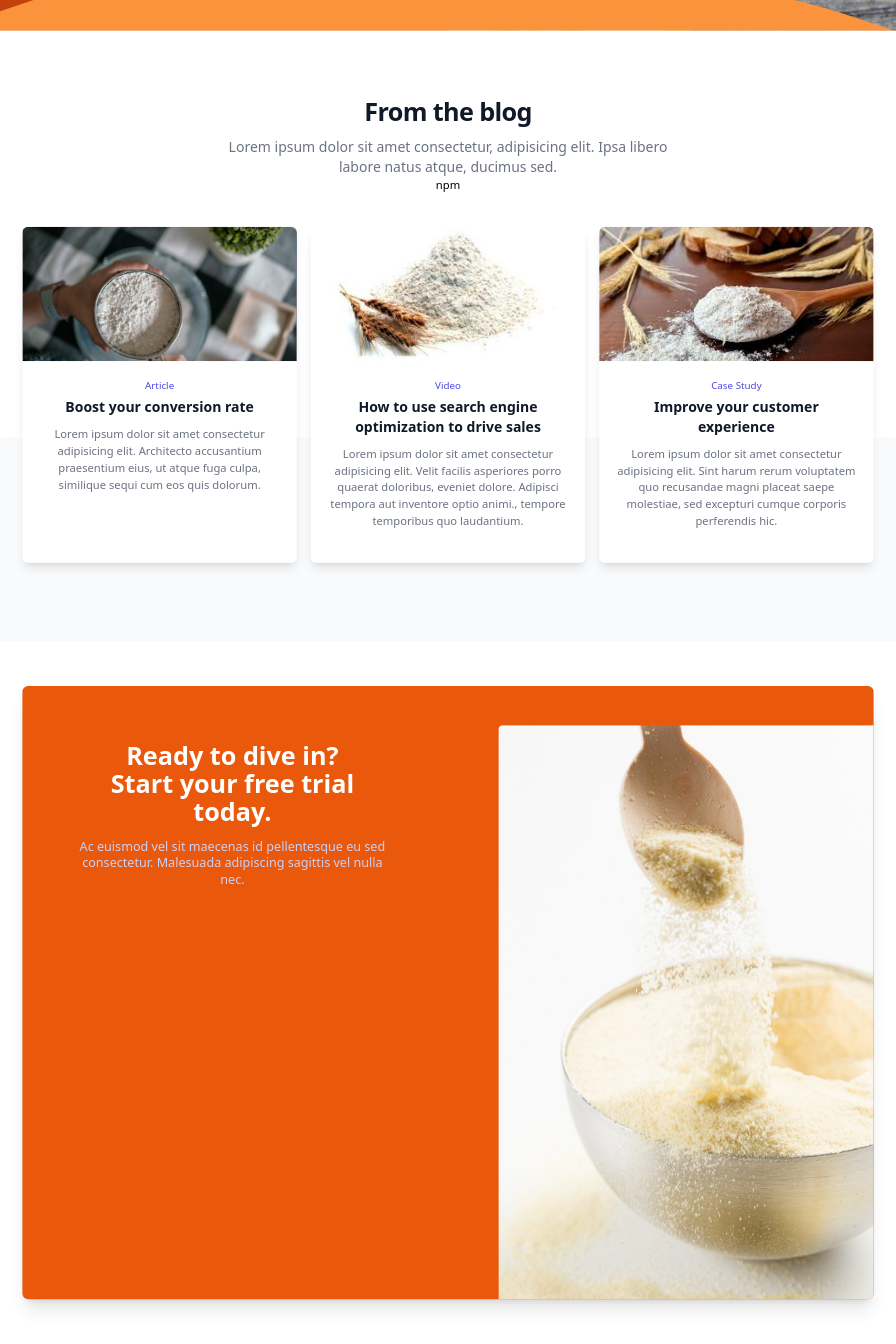
Repository: bellatrick/prime-foods
Page: /
An editor plug-in stored every save of this project. The page is shown before and after a run of saves, followed by the edit.
The browser window is 1280 px wide. The pictures show the part of the page from y = 690 to 2610 px (the page is 2610 px tall before and 2160 px after), at 70% of full size.
Some web fonts or font styles are not loaded; a fallback is used. The project was rebuilt for these pictures with package versions that can differ from the ones it lists, and the page was loaded fresh each time. A package was used in the major version that the imports need, not the one package.json lists.

Above is the page before, as saved 2022-04-30 20:06:34.

### public/index.html
<!DOCTYPE html>
<html lang="en">
  <head>
    <meta charset="utf-8" />
    <link rel="icon" href="%PUBLIC_URL%/favicon.ico" />
    <meta name="viewport" content="width=device-width, initial-scale=1" />
    <meta name="theme-color" content="#000000" />
    <meta
      name="description"
      content="Web site created using create-react-app"
    />
    <link rel="apple-touch-icon" href="%PUBLIC_URL%/logo192.png" />
    <link rel="preconnect" href="https://fonts.googleapis.com" />
    <link rel="preconnect" href="https://fonts.gstatic.com" crossorigin />
    <link
      href="https://fonts.googleapis.com/css2?family=Dancing+Script:wght@400;500;600;700&family=Inter:wght@100;200;300;400;500;700;900&family=Kavoon&display=swap"
      rel="stylesheet"
    />
    <!--
      manifest.json provides metadata used when your web app is installed on a
      user's mobile device or desktop. See https://developers.google.com/web/fundamentals/web-app-manifest/
    -->
    <link rel="manifest" href="%PUBLIC_URL%/manifest.json" />
    <!--
      Notice the use of %PUBLIC_URL% in the tags above.
      It will be replaced with the URL of the `public` folder during the build.
      Only files inside the `public` folder can be referenced from the HTML.

      Unlike "/favicon.ico" or "favicon.ico", "%PUBLIC_URL%/favicon.ico" will
      work correctly both with client-side routing and a non-root public URL.
      Learn how to configure a non-root public URL by running `npm run build`.
    -->
    <title>React App</title>
  </head>
  <body>
    <noscript>You need to enable JavaScript to run this app.</noscript>
    <div id="root"></div>
    <!--
      This HTML file is a template.
      If you open it directly in the browser, you will see an empty page.

      You can add webfonts, meta tags, or analytics to this file.
      The build step will place the bundled scripts into the <body> tag.

      To begin the development, run `npm start` or `yarn start`.
      To create a production bundle, use `npm run build` or `yarn build`.
    -->
  </body>
</html>

### src/App.js
import Hero from './components/Hero'
import Features from './components/Features'
import Cta from './components/Cta'
import './App.css';

function App() {
  return (
    <div className="App">
     <Hero/>
     <Features/>
     <Cta/>
    </div>
  );
}

export default App;

### src/components/Hero.jsx
/* This example requires Tailwind CSS v2.0+ */
import { Fragment } from "react";
import { Popover, Transition } from "@headlessui/react";
import {
  BookmarkAltIcon,
  CalendarIcon,
  ChartBarIcon,
  CursorClickIcon,
  MenuIcon,
  PhoneIcon,
  PlayIcon,
  RefreshIcon,
  ShieldCheckIcon,
  SupportIcon,
  ViewGridIcon,
  XIcon,
} from "@heroicons/react/outline";
import { ChevronDownIcon } from "@heroicons/react/solid";
import img1 from "../assets/img10.jpg";
const features = [
  {
    name: "Analytics",
    href: "#",
    description:
      "Get a better understanding of where your traffic is coming from.",
    icon: ChartBarIcon,
  },
  {
    name: "Engagement",
    href: "#",
    description: "Speak directly to your customers in a more meaningful way.",
    icon: CursorClickIcon,
  },
  {
    name: "Security",
    href: "#",
    description: "Your customers' data will be safe and secure.",
    icon: ShieldCheckIcon,
  },
  {
    name: "Integrations",
    href: "#",
    description: "Connect with third-party tools that you're already using.",
    icon: ViewGridIcon,
  },
  {
    name: "Automations",
    href: "#",
    description:
      "Build strategic funnels that will drive your customers to convert",
    icon: RefreshIcon,
  },
];

const resources = [
  {
    name: "Help Center",
    description:
      "Get all of your questions answered in our forums or contact support.",
    href: "#",
    icon: SupportIcon,
  },
  {
    name: "Guides",
    description:
      "Learn how to maximize our platform to get the most out of it.",
    href: "#",
    icon: BookmarkAltIcon,
  },
  {
    name: "Events",
    description:
      "See what meet-ups and other events we might be planning near you.",
    href: "#",
    icon: CalendarIcon,
  },
  {
    name: "Security",
    description: "Understand how we take your privacy seriously.",
    href: "#",
    icon: ShieldCheckIcon,
  },
];


function classNames(...classes) {
  return classes.filter(Boolean).join(" ");
}

export default function Example() {
  return (
    <div className="relative bg-orange-700">
      <Popover className="relative bg-orange-400 shadow">
        <div className="max-w-7xl mx-auto px-4 sm:px-6">
          <div className="flex justify-between items-center py-6 md:justify-start md:space-x-10">
            <div className="flex justify-start lg:w-0 lg:flex-1">
              <p className="text-extrabold text-gray-700 text-3xl font-logo">
                Prime foods
              </p>
            </div>
            <div className="-mr-2 -my-2 md:hidden">
              <Popover.Button className="bg-orange-400 rounded-md p-2 inline-flex items-center justify-center text-gray-400 hover:text-gray-50 hover:bg-gray-100 focus:outline-none focus:ring-2 focus:ring-inset focus:ring-gray-50">
                <span className="sr-only">Open menu</span>
                <MenuIcon className="h-6 w-6" aria-hidden="true" />
              </Popover.Button>
            </div>
            <Popover.Group as="nav" className="hidden md:flex space-x-10">
              <Popover className="relative">
                {({ open }) => (
                  <>
                    <Popover.Button
                      className={classNames(
                        open ? "text-gray-900" : "text-gray-50",
                        "group bg-orange-400 rounded-md inline-flex items-center text-base font-medium hover:text-gray-900 focus:outline-none focus:ring-2 focus:ring-offset-2 focus:ring-gray-50"
                      )}
                    >
                      <span>Solutions</span>
                    </Popover.Button>
                    <Transition
                      as={Fragment}
                      enter="transition ease-out duration-200"
                      enterFrom="opacity-0 translate-y-1"
                      enterTo="opacity-100 translate-y-0"
                      leave="transition ease-in duration-150"
                      leaveFrom="opacity-100 translate-y-0"
                      leaveTo="opacity-0 translate-y-1"
                    >

                    </Transition>
                  </>
                )}
              </Popover>
            </Popover.Group>
          </div>
        </div>
        <Transition
          as={Fragment}
          enter="duration-200 ease-out"
          enterFrom="opacity-0 scale-95"
          enterTo="opacity-100 scale-100"
          leave="duration-100 ease-in"
          leaveFrom="opacity-100 scale-100"
          leaveTo="opacity-0 scale-95"
        >
          <Popover.Panel
            focus
            className="absolute top-0 inset-x-0 z-10 p-2 transition transform origin-top-right md:hidden"
          >
            <div className="rounded-lg shadow-lg ring-1 ring-black ring-opacity-5 bg-[#FB923C] divide-y-2 divide-gray-50">
              <div className="pt-5 pb-6 px-5">
                <div className="flex items-center justify-between">
                  <div>Prime foods</div>
                  <div className="-mr-2">
                    <Popover.Button className="bg-orange-400 rounded-md p-2 inline-flex items-center justify-center text-gray-400 hover:text-gray-50 hover:bg-gray-100 focus:outline-none focus:ring-2 focus:ring-inset focus:ring-gray-50">
                      <span className="sr-only">Close menu</span>
                      <XIcon className="h-6 w-6" aria-hidden="true" />
                    </Popover.Button>
                  </div>
                </div>
                <div className="mt-6">
                  <nav className="grid gap-y-8">
                    {features.map((item) => (
                      <a
                        key={item.name}
                        href={item.href}
                        className="-m-3 p-3 flex items-center rounded-md hover:bg-gray-50"
                      >
                        <item.icon
                          className="flex-shrink-0 h-6 w-6 text-gray-600"
                          aria-hidden="true"
                        />
                        <span className="ml-3 text-base font-medium text-gray-900">
                          {item.name}
                        </span>
                      </a>
                    ))}
                  </nav>
                </div>
              </div>
              <div className="py-6 px-5 space-y-6">
                <div className="grid grid-cols-2 gap-y-4 gap-x-8">
                  {resources.map((item) => (
                    <a
                      key={item.name}
                      href={item.href}
                      className="text-base font-medium text-gray-900 hover:text-gray-700"
                    >
                      {item.name}
                    </a>
                  ))}
                </div>
              </div>
            </div>
          </Popover.Panel>
        </Transition>
      </Popover>

      <main className="lg:relative">
        <div className="mx-auto max-w-7xl w-full pt-16 pb-20 text-center lg:py-48 lg:text-left">
          <div className="px-4 lg:w-1/2 sm:px-8 xl:pr-16">
            <h1 className="text-4xl tracking-tight font-extrabold text-white sm:text-5xl md:text-6xl lg:text-5xl xl:text-6xl">
              <span className="block xl:inline">Yuca Flour</span>{" "}
            </h1>
            <p className="mt-3 max-w-md mx-auto text-lg text-gray-100 sm:text-xl md:mt-5 md:max-w-3xl">
              Yuca flour is a product of cassava. It is nutrient dense and
              provides all the nourishment your body needs to be fortified.
            </p>
            <div className="mt-10 sm:flex sm:justify-center lg:justify-start">
              <div className="mt-3 rounded-md shadow sm:mt-0 sm:ml-3">
                <a
                  href="#preparation"
                  className="w-full flex items-center justify-center px-8 py-3 border border-transparent text-base font-medium rounded-md text-gray-900 bg-orange-400 hover:bg-gray-50 md:py-4 md:text-lg md:px-10"
                >
                  Learn more
                </a>
              </div>
            </div>
          </div>
        </div>
        <div className="relative w-full h-64 sm:h-72 md:h-96 lg:absolute lg:inset-y-0 lg:right-0 lg:w-1/2 lg:h-full">
          <img
            className="absolute inset-0 w-full h-full object-cover"
            src={img1}
            alt=""
          />
        </div>
      </main>
      <div className="absolute bottom-0 left-0 right-0 w-full">
        <svg xmlns="http://www.w3.org/2000/svg" viewBox="0 0 1440 320">
          <path
            fill="#FB923C"
            fill-opacity="1"
            d="M0,288L48,272C96,256,192,224,288,197.3C384,171,480,149,576,165.3C672,181,768,235,864,250.7C960,267,1056,245,1152,250.7C1248,256,1344,288,1392,304L1440,320L1440,320L1392,320C1344,320,1248,320,1152,320C1056,320,960,320,864,320C768,320,672,320,576,320C480,320,384,320,288,320C192,320,96,320,48,320L0,320Z"
          ></path>
        </svg>
      </div>
    </div>
  );
}

### src/components/Features.jsx
import img1 from '../assets/img2.jpg'
import img2 from '../assets/img3.png'
import img3 from '../assets/img4.jfif'
import img4 from '../assets/img5.jpg'
const posts = [
    {
      title: 'Boost your conversion rate',
      href: '#',
      category: { name: 'Article', href: '#' },
      description:
        'Lorem ipsum dolor sit amet consectetur adipisicing elit. Architecto accusantium praesentium eius, ut atque fuga culpa, similique sequi cum eos quis dolorum.',
      date: 'Mar 16, 2020',
      datetime: '2020-03-16',
      imageUrl:
        img2,
      readingTime: '6 min',
    },
    {
      title: 'How to use search engine optimization to drive sales',
      href: '#',
      category: { name: 'Video', href: '#' },
      description:
        'Lorem ipsum dolor sit amet consectetur adipisicing elit. Velit facilis asperiores porro quaerat doloribus, eveniet dolore. Adipisci tempora aut inventore optio animi., tempore temporibus quo laudantium.',
      date: 'Mar 10, 2020',
      datetime: '2020-03-10',
      imageUrl:
        img1,
      readingTime: '4 min',
    },
    {
      title: 'Improve your customer experience',
      href: '#',
      category: { name: 'Case Study', href: '#' },
      description:
        'Lorem ipsum dolor sit amet consectetur adipisicing elit. Sint harum rerum voluptatem quo recusandae magni placeat saepe molestiae, sed excepturi cumque corporis perferendis hic.',
      date: 'Feb 12, 2020',
      datetime: '2020-02-12',
      imageUrl:
        img3,
      readingTime: '11 min',
    },
  ]

  export default function Example() {
    return (
      <div className="relative bg-gray-50 pt-16 pb-20 px-4 sm:px-6 lg:pt-24 lg:pb-28 lg:px-8">
        <div className="absolute inset-0">
          <div className="bg-white h-1/3 sm:h-2/3" />
        </div>
        <div className="relative max-w-7xl mx-auto">
          <div className="text-center">
            <h2 className="text-3xl tracking-tight font-extrabold text-gray-900 sm:text-4xl">From the blog</h2>
            <p className="mt-3 max-w-2xl mx-auto text-xl text-gray-500 sm:mt-4">
              Lorem ipsum dolor sit amet consectetur, adipisicing elit. Ipsa libero labore natus atque, ducimus sed.
            </p>npm
          </div>
          <div className="mt-12 max-w-lg mx-auto grid gap-5 lg:grid-cols-3 lg:max-w-none">
            {posts.map((post) => (
              <div key={post.title} className="flex flex-col rounded-lg shadow-lg overflow-hidden">
                <div className="flex-shrink-0">
                  <img className="h-48 w-full object-cover" src={post.imageUrl} alt="" />
                </div>
                <div className="flex-1 bg-white p-6 flex flex-col justify-between">
                  <div className="flex-1">
                    <p className="text-sm font-medium text-indigo-600">
                      <a href={post.category.href} className="hover:underline">
                        {post.category.name}
                      </a>
                    </p>
                    <a href={post.href} className="block mt-2">
                      <p className="text-xl font-semibold text-gray-900">{post.title}</p>
                      <p className="mt-3 text-base text-gray-500">{post.description}</p>
                    </a>
                  </div>
                  <div className="mt-6 flex items-center">

                  </div>
                </div>
              </div>
            ))}
          </div>
        </div>
      </div>
    )
  }

### src/components/Cta.jsx
import img1 from "../assets/img8.jpg";
export default function Example() {
  return (
    <div className="bg-white">
      <div className="max-w-7xl mx-auto py-16 px-4 sm:px-6 lg:px-8">
        <div className="bg-orange-600 rounded-lg shadow-xl overflow-hidden lg:grid lg:grid-cols-2 lg:gap-4">
          <div className="pt-10 pb-12 px-6 sm:pt-16 sm:px-16 lg:py-16 lg:pr-0 xl:py-20 xl:px-20">
            <div className="lg:self-center">
              <h2 className="text-3xl font-extrabold text-white sm:text-4xl">
                <span className="block">Ready to dive in?</span>
                <span className="block">Start your free trial today.</span>
              </h2>
              <p className="mt-4 text-lg leading-6 text-indigo-200">
                Ac euismod vel sit maecenas id pellentesque eu sed consectetur.
                Malesuada adipiscing sagittis vel nulla nec.
              </p>
            </div>
          </div>
          <div className="-mt-6 aspect-w-5 aspect-h-3 md:aspect-w-2 md:aspect-h-1">
            <img
              className="transform translate-x-6 translate-y-6 rounded-md object-cover object-left-top sm:translate-x-16 lg:translate-y-20"
              src={img1}
              alt="App screenshot"
            />
          </div>
        </div>
      </div>
    </div>
  );
}

### tailwind.config.js
module.exports = {
  content: ["./src/**/*.{js,jsx,ts,tsx}"],
  theme: {
    extend: {
      colors: {
        primary: "#do380c",
      },
      fontFamily: {
        body: ["Inter", "sans-serif"],
        logo: ["Dancing Script", "cursive"],
      },
    },
  },
  plugins: [],
};

Loaded but not shown: src/index.js (common file); src/index.css (common file); src/reportWebVitals.js (common file); src/App.css (common file)

After the next 2 saves:
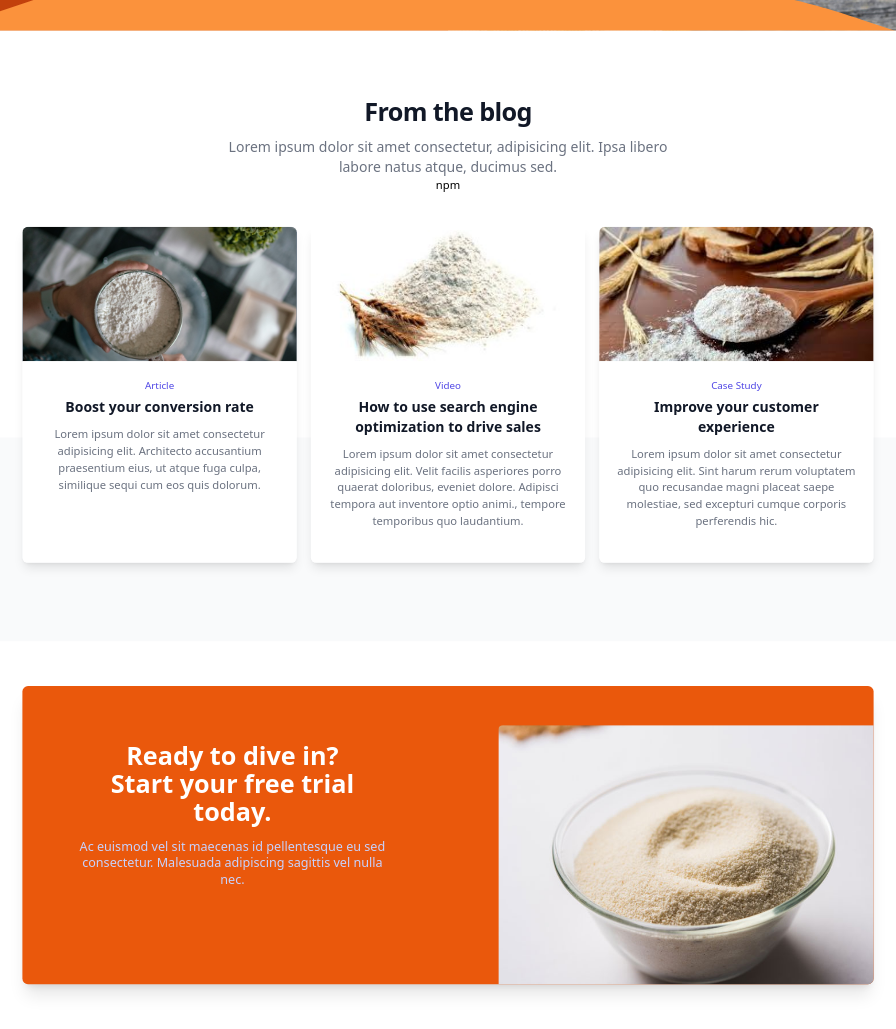
The 2 saves are shown as one change because they came seconds apart.
The last was saved 34 s later.
--- a/src/components/Cta.jsx
+++ b/src/components/Cta.jsx
@@ -1,4 +1,4 @@
-import img1 from "../assets/img8.jpg";
+import img1 from "../assets/img9.jpg";
 export default function Example() {
   return (
     <div className="bg-white">
